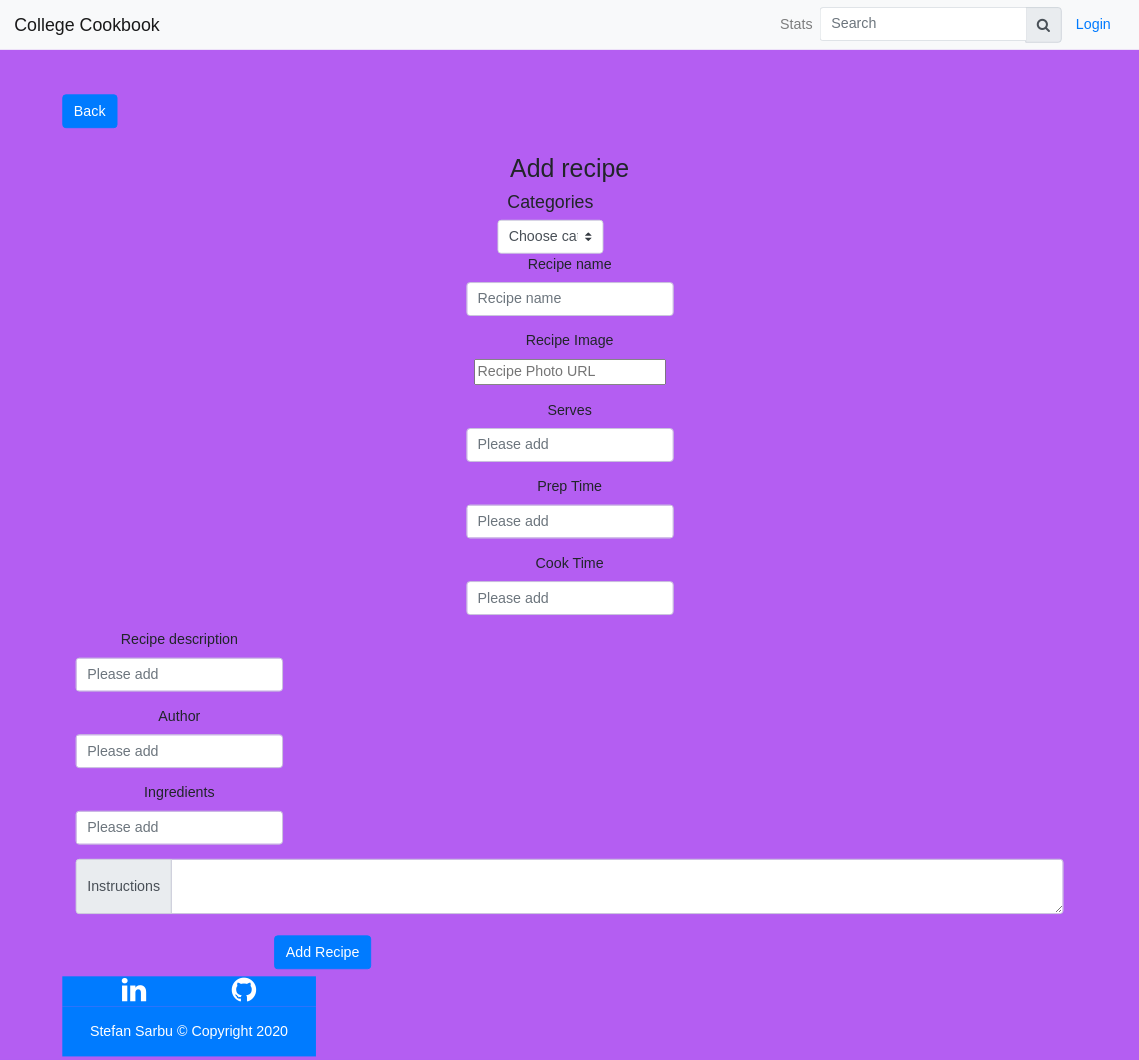
Repository: iiostefanos/college-cookbook
Page: templates/add_recipe.html
The author's editor kept a record of every edit. The page is drawn from the files as they stood at one moment, then again after the next edit.
The browser window is 1280 px wide. The pictures show the whole page, at 89% of full size.
The page is served by the project's application, run on Flask 3 (app.py). The template is opened directly, without the code that normally fills it, so the values that code supplies are empty.

Above is the page before.

### templates/add_recipe.html
{% extends 'base.html' %} {% block content %}

<div class="container h-100">
 <div class="row d-flex h-100">
    <div class="align-self-start mr-auto">
 <a class="btn btn-primary" href="{{url_for('get_recipes')}}">Back</a>
    </div>
  </div>
</div>

<main class="container">
    <h3 class="text-center">Add recipe</h3>

    <div class="row">
        <form action="{{ url_for('insert_recipe') }}" method="POST" class="col-md-12">

            <!--Category selection-->
            <div class="row justify-content-md-center">
                <div class="form-row text-center">
                    <div class="col-md-9">

                        <h5 class="text-center">Categories</h5>
                        <select id="category" name="category_name" class="custom-select">
                            <option value="" disable selected>Choose category</option>
                            {% for cat in categories %}
                            <option value="{{cat.category_name}}">{{cat.category_name}}</option>
                            {% endfor %}
                        </select>
                    </div>
                </div>
            </div>


            <!--Recipe name field-->
            <div class="container-fluid text-center">
                <div class="row justify-content-md-center">
                    <div class="form-group">
                        <label for="formGroupExampleInput">Recipe name</label>
                        <input type="text" class="form-control" id="recipe_name" name="recipe_name" placeholder="Recipe name">
                    </div>
                </div>
            </div>

            <!--Image field-->
            <div class="container-fluid text-center mx-auto">
                <div class="row justify-content-md-center">
                    <div class="form-group">
                        <label for="formGroupExampleInput">Recipe Image</label>
                        <div class="imgurl">
                            <input id="img_src" name="recipe_image" type="text" minlength="15" placeholder="Recipe Photo URL" pattern="https?://.+" autocomplete="off">
                        </div>
                    </div>
                </div>
            </div>

            <!-- Serves, Prep time and cook time fields-->
            <div class="container-fluid text-center mx-auto">
                <div class="row justify-content-md-center">
                    <div class="form-group">
                        <label for="formGroupExampleInput2">Serves</label>
                        <input type="text" class="form-control" id="Serves" name="Serves" placeholder="Please add">
                    </div>
                </div>
            </div>

            <div class="container-fluid text-center mx-auto">
                <div class="row justify-content-md-center">
                    <div class="form-group">
                        <label for="formGroupExampleInput2">Prep Time</label>
                        <input type="text" class="form-control" id="Prep_Time" name="Prep_Time" placeholder="Please add">
                    </div>
                </div>
            </div>

            <div class="container-fluid text-center mx-auto">
                <div class="row justify-content-md-center">
                    <div class="form-group">
                        <label for="formGroupExampleInput2">Cook Time</label>
                        <input type="text" class="form-control" id="Cook_Time" name="Cook_Time" placeholder="Please add">
                    </div>
                </div>
            </div>

            <!--Recipe description-->
            <div class="container-fluid text-center mx-auto">
                <div class="row">
                    <div class="form-group">
                        <label for="formGroupExampleInput2">Recipe description</label>
                        <input type="text" class="form-control" id="recipe_description" name="recipe_description" placeholder="Please add">
                    </div>
                </div>
            </div>

            <!--Author field-->
            <div class="container-fluid text-center mx-auto">
                <div class="row">
                    <div class="form-group">
                        <label for="formGroupExampleInput2">Author</label>
                        <input type="text" class="form-control" id="Author" name="Author" placeholder="Please add">
                    </div>
                </div>
            </div>

            <!--Ingredients container-->
            <div class="container-fluid text-center mx-auto">
                <div class="row">
                    <div class="form-group">
                        <label for="formGroupExampleInput2">Ingredients</label>
                        <input type="text" class="form-control" id="Ingredients" name="Ingredients" placeholder="Please add">
                    </div>
                </div>
            </div>

            <!--Instructions container-->
            <div class="container-fluid text-center mx-auto">
                <div class="row">
                    <div class="input-group">
                        <div class="input-group-prepend">
                            <span class="input-group-text">Instructions</span>
                        </div>
                        <textarea class="form-control" aria-label="Instructions" name="Instructions"></textarea>
                    </div>
                </div>
            </div>

            <br>
            <!--Submit button-->
            <div class="container-fluid text-center mx-auto">
                <div class="row">
                    <div class="col-md-6">
                        <button type="submit" class="btn btn-primary">Add Recipe</button>
                    </div>
                </div>
            </div>
        </form>
        <br>










        {% endblock %}

### templates/base.html
<!DOCTYPE html>
<html>
    <head>

        <!-- Bootstrap CSS -->
        <link rel="stylesheet" href="https://stackpath.bootstrapcdn.com/bootstrap/4.4.1/css/bootstrap.min.css" integrity="sha384-Vkoo8x4CGsO3+Hhxv8T/Q5PaXtkKtu6ug5TOeNV6gBiFeWPGFN9MuhOf23Q9Ifjh" crossorigin="anonymous">

        <!-- Custom CSS -->
        <link rel="stylesheet" href="{{url_for('static', filename='css/style.css')}}" type="text/css"/>
        <!-- Font awesome -->
        <link href="https://stackpath.bootstrapcdn.com/font-awesome/4.7.0/css/font-awesome.min.css" rel="stylesheet" integrity="sha384-wvfXpqpZZVQGK6TAh5PVlGOfQNHSoD2xbE+QkPxCAFlNEevoEH3Sl0sibVcOQVnN" crossorigin="anonymous">
        <link rel="shortcut icon" type="image/png" href="{{url_for('static', filename='img/favicon.png')}}" />
    </head>
    <body>

        <header>
            <nav class="navbar navbar-expand-lg navbar-light bg-light">
  <a class="navbar-brand" href="{{url_for('get_recipes')}}">College Cookbook</a>
  <button class="navbar-toggler" type="button" data-toggle="collapse" data-target="#navbarNavAltMarkup" aria-controls="navbarNavAltMarkup" aria-expanded="false" aria-label="Toggle navigation">
    <span class="navbar-toggler-icon"></span>
  </button>
  <div class="collapse navbar-collapse" id="navbarNavAltMarkup">
    <div class="navbar-nav ml-auto">

      <a class="nav-item nav-link" href="{{url_for('stats')}}">Stats</a>
      <div class="input-group">
      <input class="form-control py-2 border-right-0 border" type="search" placeholder="Search">
      <div class="input-group-append">
          <div class="input-group-text" id="btnGroupAddon2"><i class="fa fa-search"></i></div>
      </div>
  </div>
  </div>

      {% if user is defined %}
      {% block navbar %}

{% endblock %}

        <ul class="navbar-nav navbar-center">
               <a class="nav-link" href="{{ url_for('add_recipe') }}">Add a Recipe</a>
               <a class="nav-link" href="{{ url_for('logout') }}">Log Out</a>



        {% else %}

      <a class="nav-item nav-link" data-toggle="modal" data-target="#login" href="{{url_for('get_recipes')}}">Login</a>
      {% endif %}
      </ul>
    </div>
  </div>
</nav>

<br>
</header>



        {% block content %}
        {% endblock %}





<!-- Login Modal -->
<div class="modal fade" id="login" tabindex="-1" role="dialog" aria-labelledby="ModalLabel" aria-hidden="true">
  <div class="modal-dialog" role="document">
    <div class="modal-content">
      <div class="modal-header">
        <h5 class="modal-title" id="ModalLabel">Login to your account</h5>
        <button type="button" class="close" data-dismiss="modal" aria-label="Close">
          <span aria-hidden="true">&times;</span>
        </button>
      </div>
      <div class="modal-body">
        <form role="form" method=POST action="{{ url_for('login') }}">
                      <div class="form-group">
                        <label for="user"><i class="fa fa-user" aria-hidden="true"></i>
Username</label>
                          <input type="user" class="form-control" placeholder="Username" name="username" required value="{{
          request.form.username }}">
                      </div>
                      <div class="form-group">
                        <label for="password"><i class="fa fa-pencil-square-o" aria-hidden="true"></i>
Password</label>
                          <input type="password" class="form-control" placeholder="Password" name="password" required>
                      </div>

                  <br>
            <div>
                Don't have an account? <a data-toggle="modal" data-target="#register" data-dismiss="modal" href=''>Sign up here</a>
            </div>
      </div>
      <div class="modal-footer">
        <button type="button" class="btn btn-secondary" data-dismiss="modal">Close</button>
        <button type="submit" class="btn btn-primary"><i class="fa fa-sign-in" aria-hidden="true"></i>
Login </button>
      </form>
      </div>
    </div>
  </div>
</div>

          <!-- Signup Modal -->
<div class="modal fade" id="register" tabindex="-1" role="dialog" aria-labelledby="ModalLabel" aria-hidden="true">
  <div class="modal-dialog" role="document">
    <div class="modal-content">
      <div class="modal-header">
        <h5 class="modal-title" id="ModalLabel">Signup</h5>
        <button type="button" class="close" data-dismiss="modal" aria-label="Close">
          <span aria-hidden="true">&times;</span>
        </button>
      </div>
      <div class="modal-body">
         <form role="form" method=POST action="{{ url_for('register') }}">
                      <div class="form-group">
                        <label for="user"><i class="fa fa-user" aria-hidden="true"></i>
Username</label>
                          <input type="user" class="form-control" placeholder="Username" name="username" required>
                      </div>
                      <div class="form-group">
                        <label for="password"><i class="fa fa-pencil-square-o" aria-hidden="true"></i>
 Password</label>
                          <input type="password" class="form-control" placeholder="Password" name="password" required>
                      </div>
                      <div class="form-group">
                        <label for="password"><i class="fa fa-pencil-square-o" aria-hidden="true"></i>
Re-type Password</label>
                          <input type="password" class="form-control" placeholder="Re-type Password" name="password1" required>
                      </div>

      </div>
      <div class="modal-footer">
        <button type="button" class="btn btn-secondary" data-dismiss="modal">Close</button>
        <button type="submit" class="btn btn-primary"><i class="fa fa-user-plus" aria-hidden="true"></i>

Signup </button>
       </form>
      </div>
    </div>
  </div>
</div>


<!-- Footer -->
<footer >
<div class="container-fluid">
        <div class="row bg-primary mt-2">
          <div class="col-md-12">
            <div class="d-flex justify-content-center align-items-center">

              <!--Linkedin -->
          <a target="_blank" href="https://www.linkedin.com/">
            <span class="p-5 text-white"><i class="fa fa-linkedin fa-2x" aria-hidden="true"></i></a>
          </span>


          <!--Github-->
          <a target="_blank" href="https://www.github.com/">
            <span class="p-5 text-white"><i class="fa fa-github fa-2x"> </i>
          </a>
          </span>
            </div>
          </div>
        </div>
      </div>


    <div class="container-fluid">
        <div class="row bg-primary">
          <div class="col-md-12">
            <div class="d-flex justify-content-center align-items-center">

              <span class="p-3 text-white"
                >Stefan Sarbu &copy; Copyright 2020</span
              >
            </div>
          </div>
        </div>
      </div>
</footer>
<!-- Footer -->



        <script src="https://code.jquery.com/jquery-3.4.1.slim.min.js" integrity="sha384-J6qa4849blE2+poT4WnyKhv5vZF5SrPo0iEjwBvKU7imGFAV0wwj1yYfoRSJoZ+n" crossorigin="anonymous"></script>
        <script src="https://cdn.jsdelivr.net/npm/popper.js@1.16.0/dist/umd/popper.min.js" integrity="sha384-Q6E9RHvbIyZFJoft+2mJbHaEWldlvI9IOYy5n3zV9zzTtmI3UksdQRVvoxMfooAo" crossorigin="anonymous"></script>
        <script src="https://stackpath.bootstrapcdn.com/bootstrap/4.4.1/js/bootstrap.min.js" integrity="sha384-wfSDF2E50Y2D1uUdj0O3uMBJnjuUD4Ih7YwaYd1iqfktj0Uod8GCExl3Og8ifwB6" crossorigin="anonymous"></script>
        <script src="../static/js/script.js"type="text/javascript"></script>







    </body>
</html>

### app.py
import os
from flask import Flask, render_template, redirect, request, url_for, session, flash
from flask_pymongo import PyMongo
from werkzeug.security import generate_password_hash, check_password_hash
from bson.objectid import ObjectId
from os import path

if path.exists("env.py"):
    import env

app = Flask(__name__)

app.config["MONGO_DBNAME"] = 'college_cookbook'
app.config["MONGO_URI"] = os.environ["MONGO_URI"]
app.config['SECRET_KEY'] = os.urandom(24)
mongo = PyMongo(app)

# Collections

users_collection = mongo.db.users
recipes_collection = mongo.db.recipes

# Login
@app.route('/login', methods=['GET', 'POST'])
def login():
	form = request.form.to_dict()
	user_in_db = users_collection.find_one({'username': form['username']})
	# Check for user in database
	if user_in_db:
		# If passwords match (hashed / real password)
		if check_password_hash(user_in_db['password'], form['password']):
			# Log user in (add to session)
			session['user'] = form['username']
			# If the user is admin redirect him to admin area
			if session['user'] == "user":
				return redirect(url_for('get_recipes'))
			else:
				flash("Logged in successful!")
				return redirect(url_for('get_recipes', user=user_in_db['username']))

		else:
			flash("Wrong password or username!")
			flash("Try login again")
			return redirect(url_for('get_recipes'))
	else:
		flash("You need to signup !")
		return redirect(url_for('get_recipes'))



# Sign up
@app.route('/register', methods=['GET', 'POST'])
def register():
	# Check if user is not logged in already
	if 'user' in session:
		flash('Already sign in!')
		return redirect(url_for('get_recipes'))
	if request.method == 'POST':
		form = request.form.to_dict()
		# Check if the password and password1 actually match
		if form['password'] == form['password1']:
			# If so try to find the user in db
			user = users_collection.find_one({"username" : form['username']})
			print(form)
			if user:
				flash(f"{form['username']} already exists!")
				return redirect(url_for('get_recipes'))
			# If user does not exist register new user
			else:
				# Hash password
				hash_pass = generate_password_hash(form['password'])
				#Create new user with hashed password
				users_collection.insert_one(
					{
						'username': form['username'],
						'password': hash_pass
					}
				)
				# Check if user is actually saved
				user_in_db = users_collection.find_one({"username": form['username']})
				if user_in_db:
					# Log user in (add to session)
					session['user'] = user_in_db['username']
					return redirect(url_for('get_recipes', user=user_in_db['username']))
				else:
					flash("There was a problem saving your profile")
					return redirect(url_for('get_recipes'))

		else:
			flash("Passwords don't match!")
			return redirect(url_for('get_recipes'))

	return render_template("recipes")

# Log out
@app.route('/logout')
def logout():
	# Clear the session
	session.clear()
	flash('You were logged out!')
	return redirect(url_for('get_recipes'))

@app.route('/')
@app.route('/get_recipes')
def get_recipes():
    if 'user' in session:
      return render_template("recipes.html", recipes=mongo.db.recipes.find(), user = session['user'])
    else:
      return render_template("recipes.html", recipes=mongo.db.recipes.find())



@app.route('/stats')
def stats():
    return render_template("stats.html",
    recipes=mongo.db.recipes.find())


@app.route('/add_recipe')
def add_recipe():
    if 'user' in session:
        categories=mongo.db.categories.find()
        flash('Recipe added')
        return render_template('add_recipe.html', categories = categories)
    else:
        return render_template("recipes.html", recipes=mongo.db.recipes.find())

@app.route ('/insert_recipe', methods=['POST'])
def insert_recipe():
    recipes=mongo.db.recipes
    recipes.insert_one(request.form.to_dict())
    return redirect(url_for('get_recipes'))

@app.route('/edit_recipe/<recipe_id>', methods=['POST'])
def edit_recipe(recipe_id):
    if 'user' in session:
        the_recipe = mongo.db.recipes.find_one({"_id": ObjectId(recipe_id)})
        all_categories = mongo.db.categories.find()
        return render_template('edit_recipe.html', recipe=the_recipe, categories=all_categories)
    else:
        return render_template("recipes.html", recipes=mongo.db.recipes.find())

@app.route('/update_recipe/<recipe_id>', methods=['POST'])
def update_recipe(recipe_id):
    recipes=mongo.db.recipes
    recipes.update_one({'_id': ObjectId(recipe_id)},
    { "$set":
       {
        "category_name":request.form.get('category_name'),
        "recipe_name":request.form.get('recipe_name'),
        "recipe_image":request.form.get('recipe_image'),
        "Serves":request.form.get('Serves'),
        "Prep_Time":request.form.get('Prep_Time'),
        "Cook_Time":request.form.get('Cook_Time'),
        "recipe_description":request.form.get('recipe_description'),
        "Author":request.form.get('Author'),
        "Ingredients":request.form.get('Ingredients'),
        "Instructions":request.form.get('Instructions')
        }
     }
    )
    return redirect(url_for('get_recipes'))



@app.route('/delete_recipe/<recipe_id>', methods=['POST'])
def delete_recipe(recipe_id):
    if 'user' in session:
        mongo.db.recipes.remove({'_id': ObjectId(recipe_id)})
        flash('Recipe deleted')
    return redirect(url_for('get_recipes'))

@app.route('/how_to/<recipe_id>')
def how_to(recipe_id):

        the_recipe = mongo.db.recipes.find_one({"_id": ObjectId(recipe_id)})
        all_categories = mongo.db.categories.find()
        return render_template('how_to.html', recipe=the_recipe, categories=all_categories)


if __name__ == '__main__':
    app.run(host=os.environ.get('IP'),
            port=int(os.environ.get('PORT')),
            debug=True)

### static/css/style.css
body {
    background-color: #b45ef2;
    background-repeat: repeat-x;
    font-family: Arial, Helvetica, sans-serif;

    }

.btn-small
{
    height: 24px;
    width: 60px;
    line-height: 24px;
    margin: 5px 5px;
    padding: 0 0.5em;
}

.recipe-header {
    margin-top: 5px;
}

.signup {
  text-align:center;
  margin-top: 4px;
}

.videoframe {
  width:560px;
  height:315px;
  padding-right: 34px;
}

.card {
  padding-right: 3px;
  margin: 0 5px;
}

.card-img-top {
height: 300px;
width: 350px;
}

.invite{
  padding-top: 24px;
}

.charts img {


    width:  400px;
    height: 300px;
    background-size: cover;
}


.container {
  margin-top: 2%;
  padding-bottom: 4px;
}
.inner {
  overflow: hidden;
}

.inner img{
  transition: all 1.5s ease;
}

.inner:hover img {
  transform: scale(1.5);
}

.navbar-nav.navbar-center {
    position: absolute;
    left: 50%;
    transform: translatex(-50%);
}

.user-greeting {
  margin-top: 94px;
}

### static/js/script.js


window.setTimeout(function() {
    $(".alert").fadeTo(500, 0).slideUp(500, function(){
        $(this).remove();
    });
}, 2000);

After the next edit:
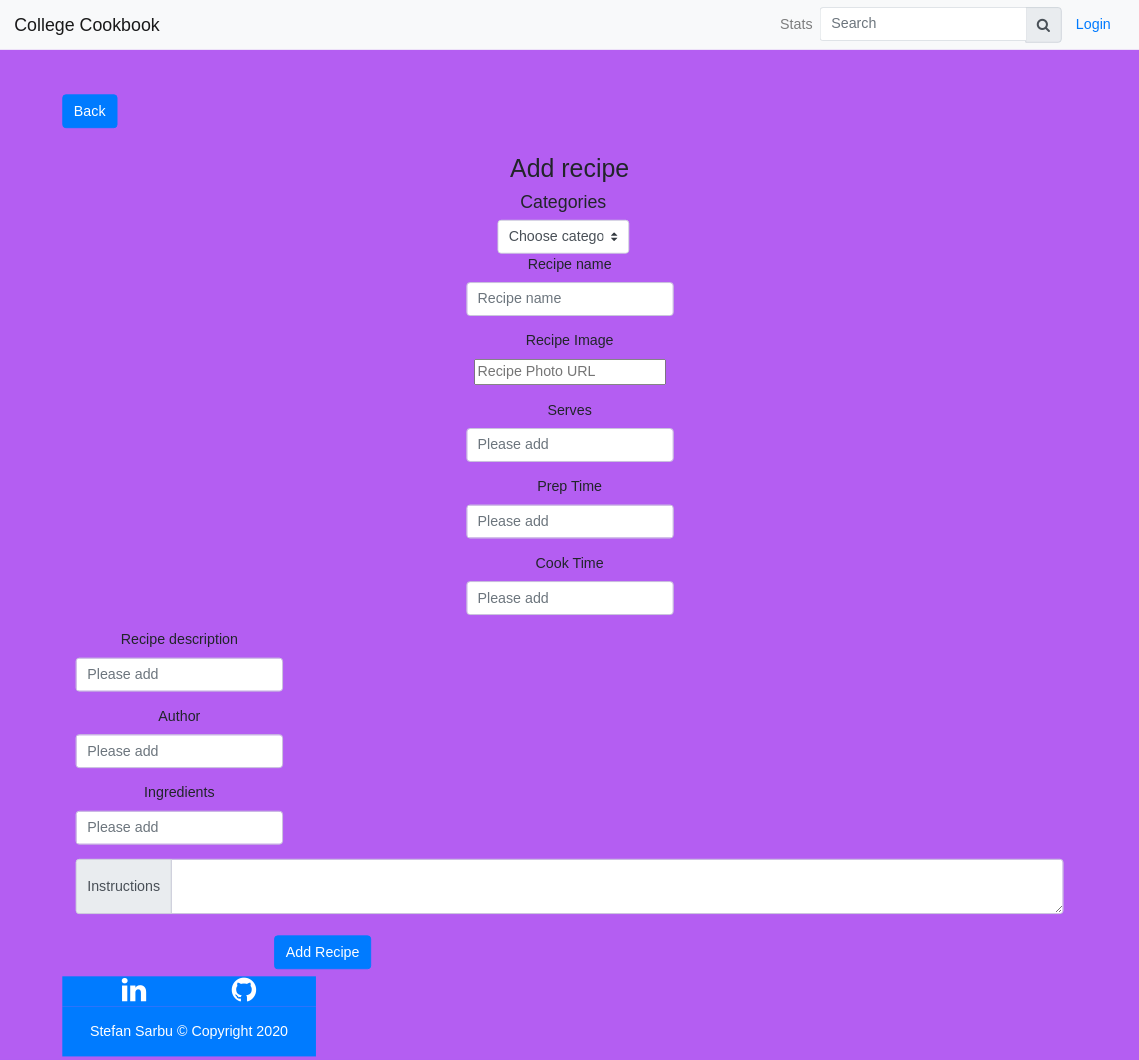
The edit:
--- a/templates/add_recipe.html
+++ b/templates/add_recipe.html
@@ -17,7 +17,7 @@
             <!--Category selection-->
             <div class="row justify-content-md-center">
                 <div class="form-row text-center">
-                    <div class="col-md-9">
+                    <div class="col-md-11">
 
                         <h5 class="text-center">Categories</h5>
                         <select id="category" name="category_name" class="custom-select">
